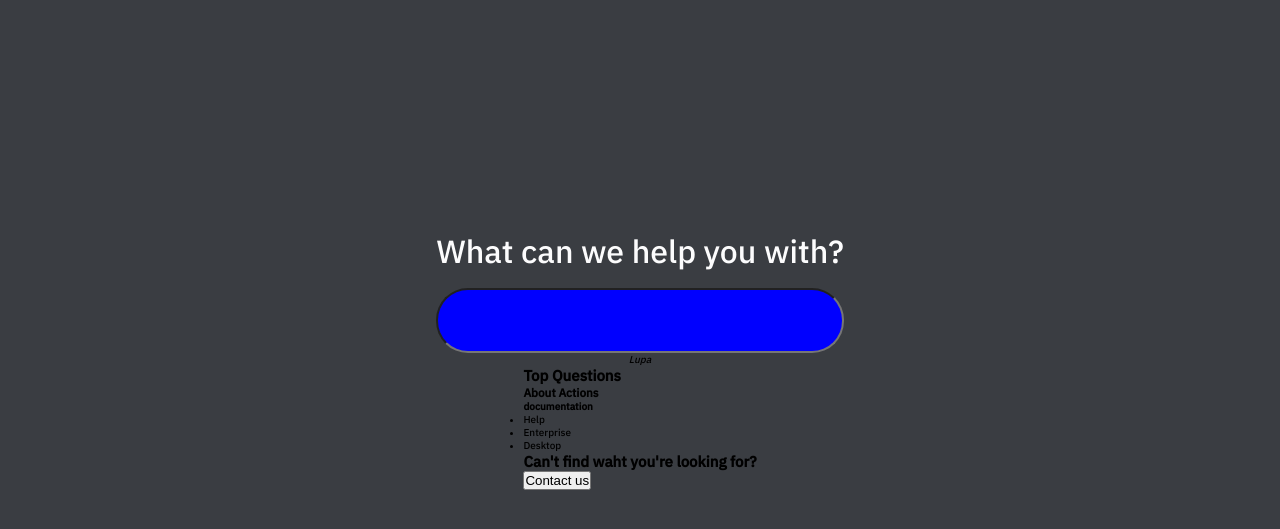
Repository: Hcmwebs/Help-Center-UI-
Page: index.html
These files come from the project's save history. The page is drawn as it stood at one moment and after the next save; the edit follows.
The browser window is 1280 px wide. The pictures show the whole page.
The style sheet was rebuilt from its Sass, Less or Tailwind sources for each picture, by a compiler version that may differ from the author's.

Above is the page before, as saved 2020-08-20 20:08:42.

### index.html
<!DOCTYPE html>
<html lang="en">
<head>
    <meta charset="UTF-8">
    <meta name="viewport" content="width=device-width, initial-scale=1.0">
    <link rel="stylesheet" href="css/styles.min.css">
    <title>Help Center</title>
</head>
<body>
    <div class="container">

        <!-- *******header****** -->
        <header>
            <h1>What can we help  you with?</h1>
            <input name="search" id="input" type="search"><i>Lupa</i></input>
        </header>

        <!-- *******card****** -->
        <div class="card">
            <!--****card-header**** -->
            <h2> Top Questions</h2>

            <!--****card-body**** -->

            <div class="card-item">
                <div class="card-head">
                    <h3>About Actions</h3>
                </div>
                <div class="card-body">
                    <h4>documentation</h4>
                    <ul>
                        <li>Help</li>
                        <li>Enterprise</li>
                        <li>Desktop</li>
                    </ul>
                </div>
            </div>


            <!--****card--footer**** -->
            <div class="card-footer">
                <h2>Can't find waht you're looking for? </h2>
                <button class="btn-primary">Contact us</button>
            </div>

        </div>
    </div>
</body>
</html>

### scss/styles.scss
@import url('https://fonts.googleapis.com/css2?family=IBM+Plex+Sans:wght@300;500&display=swap');
$font-stack:'IBM Plex Sans', sans-serif;
$bg-color:rgba(37,41,46,0.9);
$primary-color:rgba(255,255,255,0.99);

*{
    margin: 0;
    padding: 0;
    box-sizing: border-box;
}

body{
    font-family: $font-stack;
    font-size: 10px;
    background-color:$bg-color;
    display: grid;
    place-items: center;
    height: 100vh;
    width: 100%;
}

.container{
    width: 100%;
    padding: 0 2rem ;
    display: flex;
    flex-direction: column;
    justify-content: center;
    align-items: center;

}
header{
    text-align: center;


    h1{
        font-size: 32px;
        font-weight: 500;
        margin-bottom: 1rem;
        color: $primary-color;
    }
    input{
        font-size: 1.6rem;
        width: 100%;
        padding: 1rem;
        background-color: blue;
        border-radius: 2rem;


    }

}

After the next save:
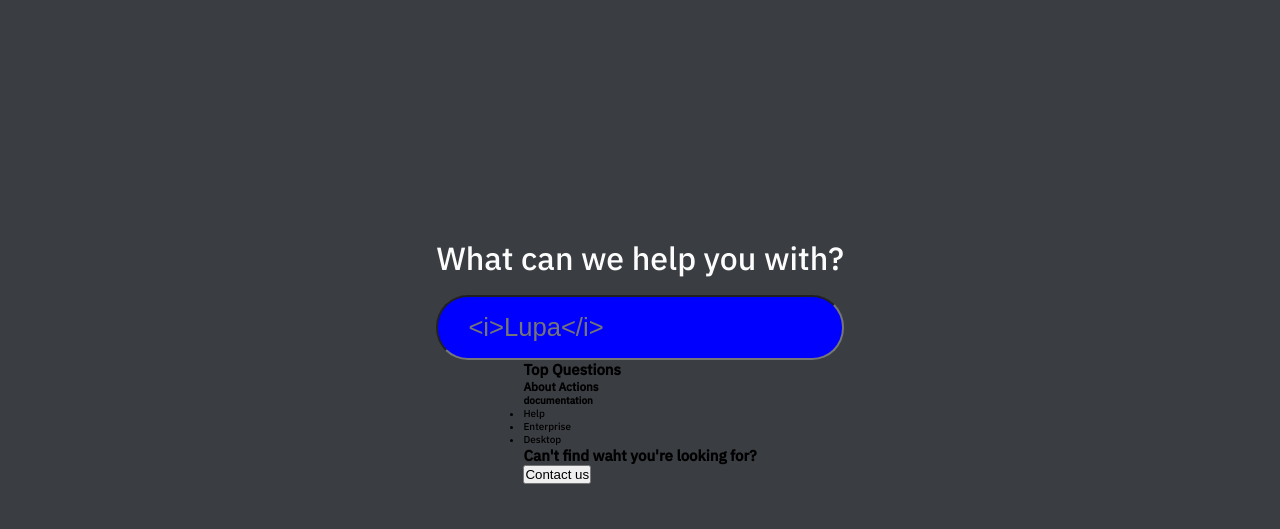
Saved 63 s later.
--- a/index.html
+++ b/index.html
@@ -8,11 +8,12 @@
 </head>
 <body>
     <div class="container">
-
-        <!-- *******header****** -->
         <header>
             <h1>What can we help  you with?</h1>
-            <input name="search" id="input" type="search"><i>Lupa</i></input>
+            <input type="search"
+            id="search"
+            placeholder="  <i>Lupa</i>" >
+
         </header>
 
         <!-- *******card****** -->
